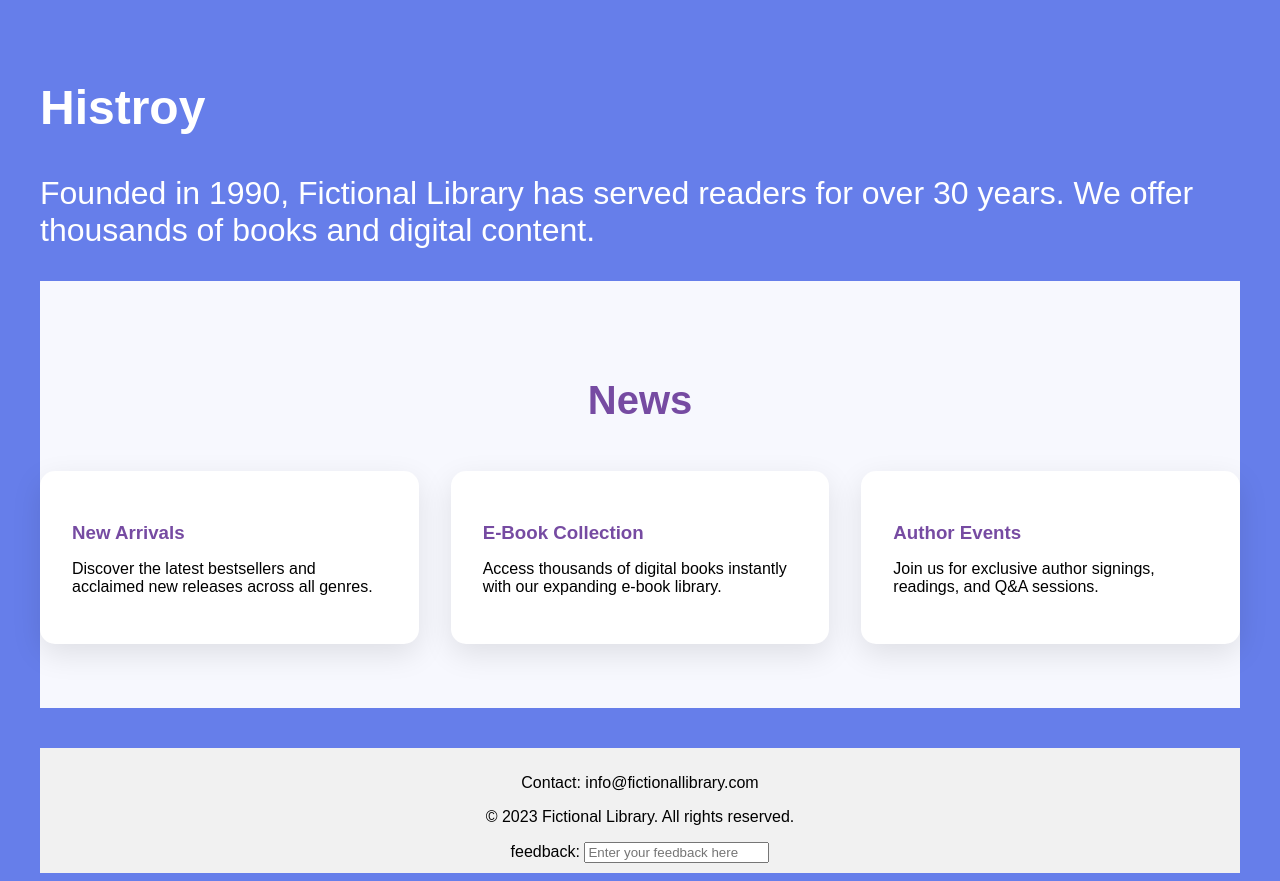
Repository: Ibrahim-Abohola/BookStore
Page: Homepage.html
An editor plug-in stored every save of this project. The page is shown before and after a run of saves, followed by the edit.
The browser window is 1280 px wide. The pictures show the part of the page from y = 252 to 1133 px (the page is 1133 px tall).

Above is the page before, as saved 2025-07-16 00:54:43.

### Homepage.html
<!DOCTYPE html>
<html lang="en">
    <head>
    <meta charset="UTF-8">
    <meta name="viewport" content="width=device-width, initial-scale=1.0">
    <title>Bookstore</title>
    <link rel="stylesheet" href="styles.css">
    </head>
    <body>
        <nav class="top-nav">
    <ul>
      <li><a href="Homepage.html">Home</a></li>
      <li><a href="catalog.html">Catalog</a></li>
      <li><a href="purchase.html">Purchase</a></li>
      <li><a href="signin.html">Sign In</a></li>
    </ul>
  </nav>
        <div class = "container">
        <header class = "hero">
            <h1>Welcome to Our Fictional Library</h1>
            <p>Your one-stop shop for all your reading needs!</p>
            <!--img src="bookstore.jpg" alt="Bookstore Image" class="hero-image"-->
        </header>
        <section class = "intro">
                <h2>Histroy</h2>
                    <p>Founded in 1990, Fictional Library has served readers for over 30 years. We offer thousands of books and digital content.</p>
        </section>
        <section class = "highlights">
            <h2>News </h2>
            <div class="highlight-grid">
                    <div class="highlight-card">
                        <h3>New Arrivals</h3>
                        <p>Discover the latest bestsellers and acclaimed new releases across all genres.</p>
                    </div>
                    <div class="highlight-card">
                        <h3>E-Book Collection</h3>
                        <p>Access thousands of digital books instantly with our expanding e-book library.</p>
                    </div>
                    <div class="highlight-card">
                        <h3>Author Events</h3>
                        <p>Join us for exclusive author signings, readings, and Q&A sessions.</p>
            </div>
        </section>
        <footer>
            <p>Contact: info@fictionallibrary.com</p>
            <p>&copy; 2023 Fictional Library. All rights reserved.</p>
            <form action="#">
                <label for="feedback">feedback:</label>
                <input type="text" id="feedback" name="feedback" placeholder="Enter your feedback here">
            </form>
        </footer>
        </div>

    </body>
</html>

### styles.css
body {
    font-family: sans-serif;
    background-color: #667eea;
}

.container {
    max-width: 1200px;
    margin: 0 auto;
    padding: 0 20px;
}

.intro {
    color: white;
    font-size: 2rem;
    margin-bottom: 1rem;
    margin-top: 80px;
}
nav {
    background: rgba(255, 255, 255, 0.95);
    backdrop-filter: blur(10px);
    padding: 1rem 0;
    position: fixed;
    width: 100%;
    top: 0;
    z-index: 1000;
}
nav.top-nav {
  display: flex;
  justify-content: flex-end;
  background: white;
  position: sticky;
  z-index: 1000;
}
nav.top-nav ul {
  display: flex;
  margin: 0;
  padding: 0;
}
nav.top-nav ul li {
  margin-left: 15px;
}
nav.top-nav ul li a {
  color: black;
  font-weight: bold;
  padding: 8px 12px;
}
nav.top-nav ul li a:hover {
  background-color: #147749ea;
  border-radius: 4px;
}

nav .container {
    display: flex;
    justify-content: space-between;
    align-items: center;
}

nav ul {
    display: flex;
    list-style: none;
    background:white;
    padding: 10px;
}

nav ul li a {
    color: white;
    margin: 0 10px;
    text-decoration: none;
}

.hero {
    background: url('images/banner.jpg') center/cover;
    color: white;
    padding: 40px;
    text-align: center;
}

.highlights {
    padding: 4rem 0;
    background: rgba(255, 255, 255, 0.95);
}

.highlights h2 {
    text-align: center;
    margin-bottom: 3rem;
    color: #764ba2;
    font-size: 2.5rem;
}

.highlight-grid {
    display: grid;
    grid-template-columns: repeat(auto-fit, minmax(300px, 1fr));
    max-width: none;
    width: 100%;
    gap: 2rem;
}

.highlight-card {
    background: white;
    padding: 2rem;
    border-radius: 15px;
    box-shadow: 0 10px 30px rgba(0, 0, 0, 0.1);
    transition: transform 0.3s ease;
}

.highlight-card h3 {
    color: #764ba2;
    margin-bottom: 1rem;
}

.signin-container {
    display: flex;
    justify-content: center;
    align-items: center;
    min-height: calc(100vh - 80px);
}

.signin-form {
    background: rgba(255, 255, 255, 0.95);
    padding: 3rem;
    border-radius: 20px;
    box-shadow: 0 15px 35px rgba(0, 0, 0, 0.1);
    width: 100%;
    max-width: 400px;
    backdrop-filter: blur(10px);
}

.signin-form h2 {
    text-align: center;
    margin-bottom: 2rem;
    color: #764ba2;
    font-size: 2rem;
}

.form-group {
    margin-bottom: 1.5rem;
}

.form-group label {
    display: block;
    margin-bottom: 0.5rem;
    font-weight: 500;
}

.form-group input {
    width: 100%;
    padding: 0.8rem;
    border: 2px solid #e0e0e0;
    border-radius: 10px;
    font-size: 1rem;
    transition: border-color 0.3s ease;
}

.form-group input:focus {
    outline: none;
    border-color: #764ba2;
}

.signin-btn {
    width: 100%;
    padding: 1rem;
    background: linear-gradient(135deg, #667eea 0%, #764ba2 100%);
    color: white;
    border: none;
    border-radius: 10px;
    font-size: 1.1rem;
    font-weight: 600;
    cursor: pointer;
    transition: transform 0.3s ease;
}

.signin-btn:hover {
    transform: translateY(-2px);
}

.catalog {
    display: flex;
    flex-wrap: wrap;
    gap: 20px;
    padding: 20px;
}

.catalog-header {
    padding: 2rem 0;
    background: rgba(255, 255, 255, 0.95);
    text-align: center;
}

.catalog-header h1 {
    color: #764ba2;
    font-size: 2.5rem;
    margin-bottom: 1rem;
}

.books-grid {
    display: grid;
    grid-template-columns: repeat(auto-fit, minmax(300px, 1fr));
    gap: 2rem;
    padding: 2rem 0;
}

.book-card {
    background: rgba(255, 255, 255, 0.95);
    border-radius: 15px;
    overflow: hidden;
    box-shadow: 0 10px 30px rgba(0, 0, 0, 0.1);
    transition: transform 0.3s ease;
}

.book-card:hover {
    transform: translateY(-5px);
}

.book-cover {
    width: 100%;
    height: 300px;
    background: linear-gradient(135deg, #667eea, #764ba2);
    display: flex;
    align-items: center;
    justify-content: center;
    color: white;
    font-size: 1.2rem;
    font-weight: bold;
}

.book-info {
    padding: 1.5rem;
}

.book-title {
    font-size: 1.3rem;
    font-weight: bold;
    margin-bottom: 0.5rem;
    color: #333;
}

.book-author {
    color: #666;
    margin-bottom: 0.5rem;
}

.book-genre {
    background: #764ba2;
    color: white;
    padding: 0.3rem 0.8rem;
    border-radius: 20px;
    font-size: 0.9rem;
    display: inline-block;
    margin-bottom: 1rem;
}

.availability {
    font-weight: bold;
    margin-bottom: 1rem;
}

.available {
    color: #28a745;
}

.unavailable {
    color: #dc3545;
}

.purchase-btn {
    width: 100%;
    padding: 0.8rem;
    background: linear-gradient(135deg, #667eea, #764ba2);
    color: white;
    border: none;
    border-radius: 10px;
    font-weight: 600;
    cursor: pointer;
    transition: transform 0.3s ease;
}

.purchase-btn:hover {
    transform: translateY(-2px);
}

.purchase-btn:disabled {
    background: #ccc;
    cursor: not-allowed;
    transform: none;
}

.purchase-container {
    padding: 2rem 0;
    min-height: calc(100vh - 80px);
}

.purchase-content {
    display: grid;
    grid-template-columns: 1fr 1fr;
    gap: 3rem;
    max-width: 1000px;
    margin: 0 auto;
}

.book-details {
    background: rgba(255, 255, 255, 0.95);
    padding: 2rem;
    border-radius: 15px;
    box-shadow: 0 10px 30px rgba(0, 0, 0, 0.1);
}

.purchase-form-container {
    background: rgba(255, 255, 255, 0.95);
    padding: 2rem;
    border-radius: 15px;
    box-shadow: 0 10px 30px rgba(0, 0, 0, 0.1);
}

.purchase-form h2 {
    color: #764ba2;
    margin-bottom: 1.5rem;
}

.price {
    font-size: 1.5rem;
    font-weight: bold;
    color: #764ba2;
    margin: 1rem 0;
}

.book {
    border: 1px solid #ccc;
    padding: 10px;
    width: calc(33.333% - 40px);
}

footer {
    margin-top: 40px;
    padding: 10px;
    background: #f1f1f1;
    text-align: center;
}

After the next 5 saves:
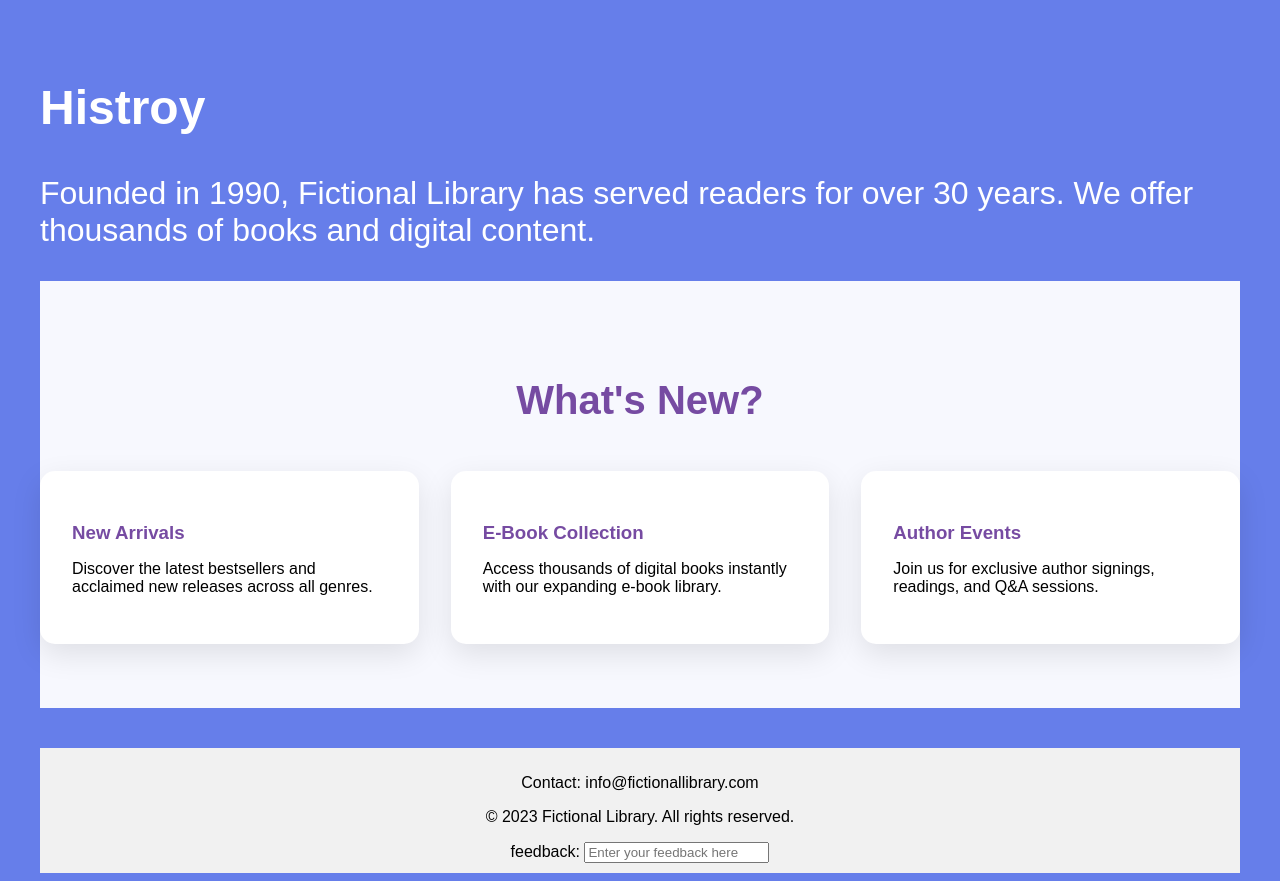
The 5 saves are shown as one change because they came seconds apart.
The last was saved 16 s later.
--- a/Homepage.html
+++ b/Homepage.html
@@ -26,7 +26,8 @@
                     <p>Founded in 1990, Fictional Library has served readers for over 30 years. We offer thousands of books and digital content.</p>
         </section>
         <section class = "highlights">
-            <h2>News </h2>
+
+            <h2>What's New?</h2>
             <div class="highlight-grid">
                     <div class="highlight-card">
                         <h3>New Arrivals</h3>
